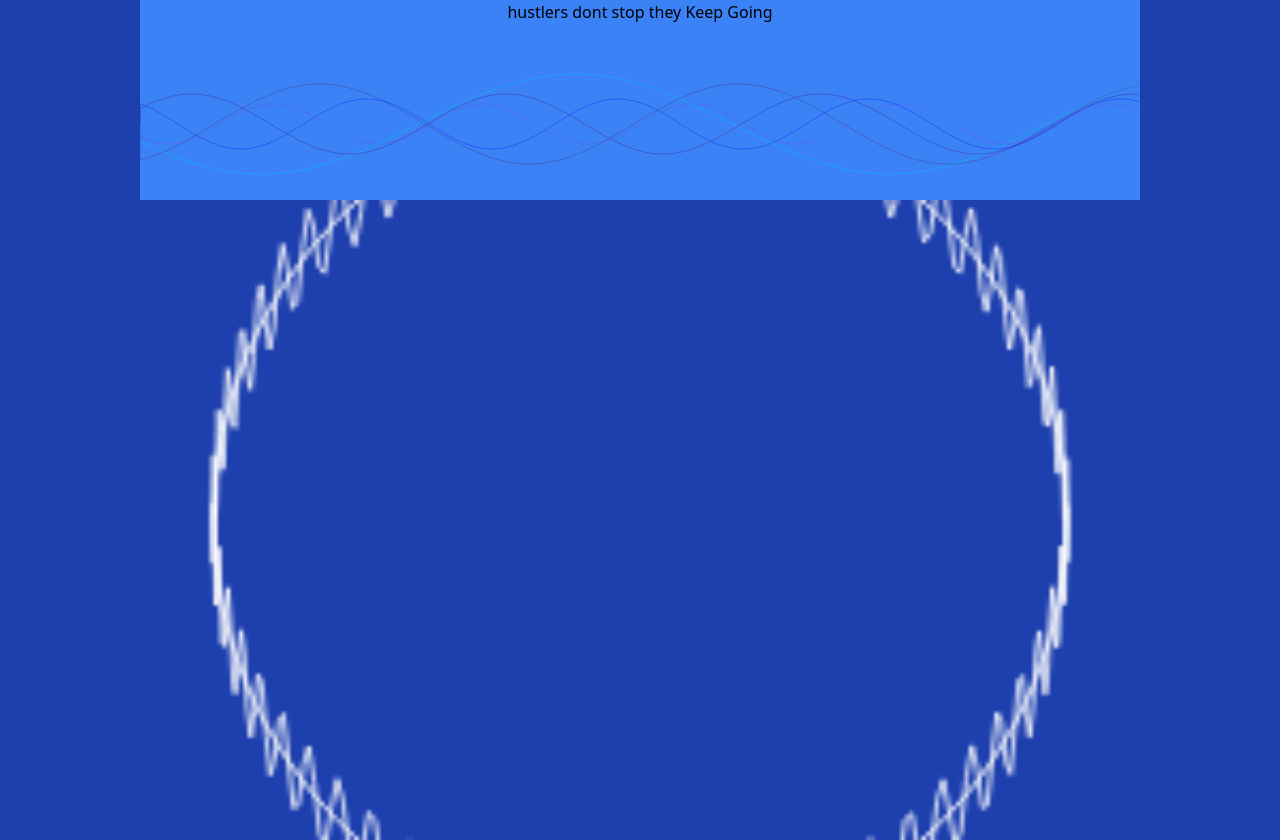
Repository: TMuse333/quantum-experiments
Page: /
An editor plug-in stored every save of this project. The page is shown before and after the next save, followed by the edit.
The browser window is 1280 px wide. The pictures show the whole page.
The project was rebuilt for these pictures with package versions that can differ from the ones it lists, and the page was loaded fresh each time. Also part of the build but not shown: vite.config.ts.

Above is the page before, as saved 2024-06-08 18:40:33.

After the next save:
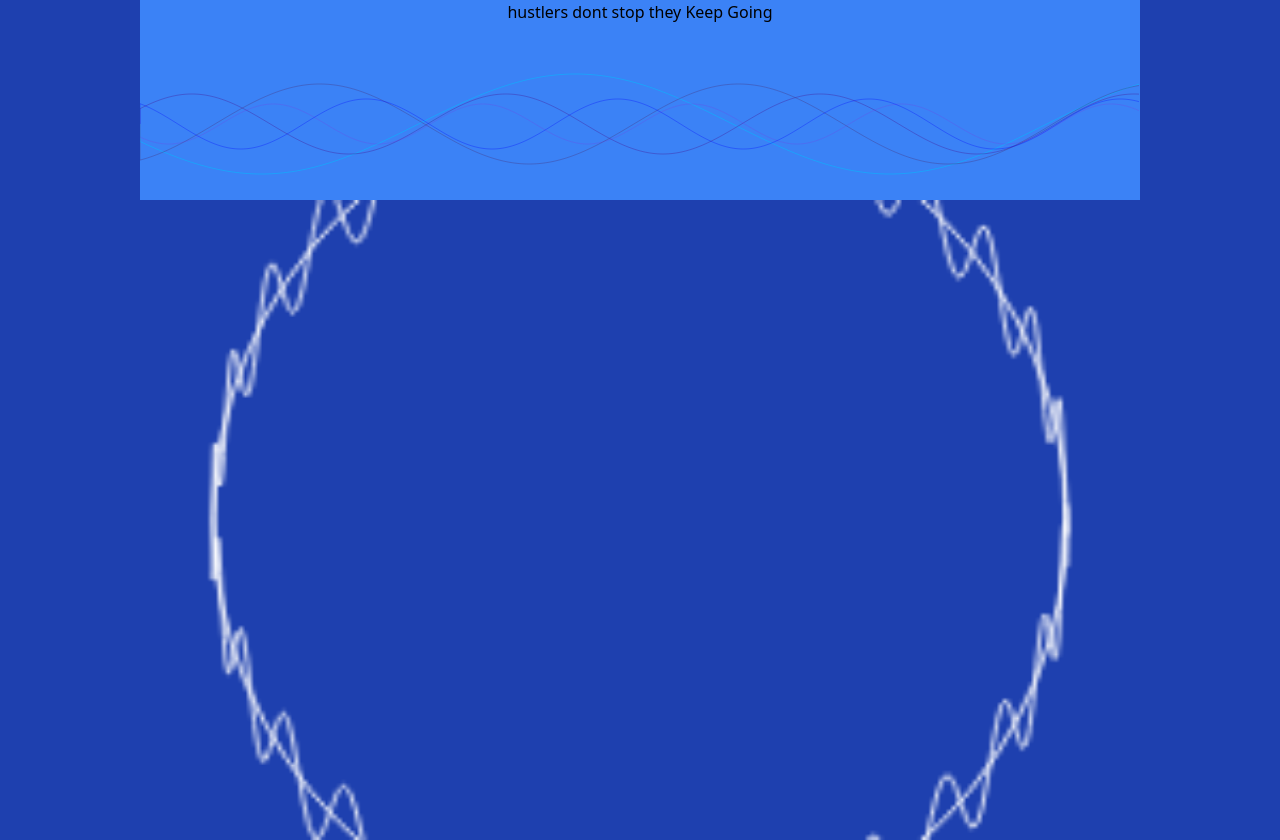
Saved 7 s later.
--- a/src/components/circularWave/circularWave.tsx
+++ b/src/components/circularWave/circularWave.tsx
@@ -14,7 +14,7 @@ const CircularWave: React.FC = () => {
     const centerX = canvas.width / 2;
     const centerY = canvas.height / 2;
     const radius = 100; // Radius of the circular wave
-    const waveLength = 60; // Wavelength of the wave
+    const waveLength = 600; // Wavelength of the wave
     const amplitude = 10; // Amplitude of the wave
     const frequency = 0.002; // Frequency of the wave
     const phaseShift = Math.PI / 2; // Phase shift to start the wave from the top
